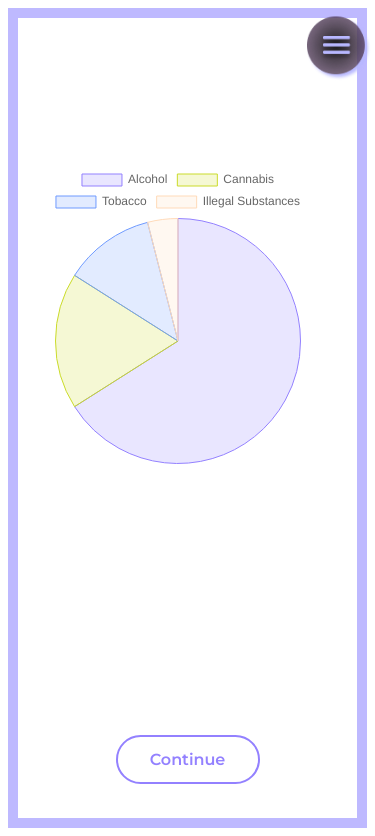
Repository: olivia-sk/MDIA-2109-2106-Big-Project
Page: /statistics3/statistics
The author's editor kept a copy of each file at every save. The page is drawn from the files as they stood at one save, then again after the next save.
The browser window is 375 px wide. The pictures show the whole page.
The project was rebuilt for these pictures with package versions that can differ from the ones it lists, and the page was loaded fresh each time. The framework's server and built-in components were replaced by stand-ins that run in the browser. Also part of the build but not shown: next.config.js, styles/globals.css, components/Button/Button.module.css, components/Button/index.js, components/WaterWave/Wave.module.css, components/WaterWave/index.js.

Above is the page before, as saved 2023-04-15 20:39:01.

### pages/statistics3/statistics.js
import Head from "next/head";
import Image from "next/image";
import styles from "@/styles/Statistics.module.css";
import Pie from "@/components/PieChart";
import Link from "next/link";
import Navigation from "@/components/Menu";
import Button from "@/components/Button";
import WaterWave from "@/components/WaterWave";

export default function Statistics() {
  return (
    <>
      <Head>
        <title>New Habits Web App</title>
        <meta
          name="description"
          content="To identify and help those who suffer from Substance Misuse"
        />
        <meta name="viewport" content="width=device-width, initial-scale=1" />
        <link rel="icon" href="/favicon.ico" />
      </Head>

      <main className={styles.parent}>
          <Navigation />
        <div class={styles.div3}>
          <h1 className={styles.title}>New Habits</h1>
        </div>
        <div className={styles.div1}>
          <Pie className={styles.pie}/>
          <h2>Substance Misuse Statistics</h2>
          <p>
            According to a 2021 survey done by Statistics Canada, 66% of
            households claim to use Alcohol. It is believed 50% of those users
            may develop Substance Misuse Disorder (SUD)
          </p>
        </div>
        <div class={styles.div2}>
          <div className={styles.button}>
            <Link href="/get_started5/get_started" className={styles.link}>
              Continue
            </Link>
          </div>
        </div>
      </main>
    </>
  );
}

### styles/Statistics.module.css

.parent {
  display: grid;
  grid-template-columns: repeat(3, 1fr);
  grid-column-gap: 0px;
  grid-row-gap: 0px;
  height: 100vh;
  border: solid 10px rgb(190, 185, 255);
}

.div3 {
  grid-area:  1 / 2 / 2 / 3;
  height: 5rem;
  width: 18rem;
  padding: 1rem;
}
.title {
  display: flex;
  align-items: center;
  justify-content: center;
  font-family: var(--font-title);
  font-size: var(--title-size);
  /** This is the line that makes the text gradient */
  background-image: var(--radial-text);
  -webkit-background-clip: text;
  background-clip: text;
  color: transparent;
  /**/
  font-weight: 500;
  text-align: center;
}
.div1 {
  grid-area: 2 / 2 / 3 / 3;
  height: fit-content;
  align-content: center;
  border: solid 10px var(--peach);
  border-radius: var(--corner-radius);

}
.pie {
  border: solid 10px rgb(190, 185, 255);
}

.div1 h2 {
  display: flex;
  align-items: center;
  justify-content: center;
  font-family: var(--font-text);
  font-size: var(--subtitle-size);
  /** This is the line that makes the text gradient */
  background-image: var(--radial-text);
  -webkit-background-clip: text;
  background-clip: text;
  color: transparent;
  /**/
  text-align: center;
  font-weight: 400;
  padding: 5%;

}
.div1 p {
  display: flex;
  align-items: center;
  justify-content: center;
  font-family: var(--font-text);
  font-size: 18px;
  background-image: var(--radial-text);
  -webkit-background-clip: text;
  background-clip: text;
  color: transparent;
  text-align: center;
  font-weight: 400;
  padding: 5%;
}


.div2 {
  grid-area: 3 / 1 / 4 / 4;
  display: flex;
  justify-content: center;
}


/*Button*/
.button {
  display: flex;
  color: rgb(147, 129, 255);
  background: transparent;
  border: solid 2px rgb(147, 129, 255);
  width: 140px;
  height: 45px;
  border-radius: 100px;
  justify-content: center;
  align-items: center;
  font-weight: 600;
  font-family: 'Montserrat', sans-serif;
}

.link {
  text-decoration: none;
  color: rgb(147, 129, 255);
  display: flex;
}

.link:hover {
  color: white;

}

.button:hover {
  border: white;
  color: white;
  background-color: rgb(147, 129, 255);
  cursor: pointer;
}

.button:hover .link {
  color: white; /* This line makes the link text turn white when hovering the button */
}


@media only screen and (max-width: 375px) and (max-height: 667px) {
  .div3 {
    grid-area: 1 / 2 / 2 / 3;
    height: 5rem;
    margin: 1rem;
    display: flex; /* Add these two lines to center the title */
    justify-content: center;
    align-items: center;
  }


  .parent {
    display: grid;
    grid-template-columns: repeat(3, 1fr);
    grid-template-rows: auto auto auto;
    grid-column-gap: 0px;
    grid-row-gap: 0px;
    height: 100vh;
    border: solid 10px rgb(190, 185, 255);
  }

  .div1 {
    grid-area: 2 / 1 / 3 / 4;
    height: fit-content;
    width: 80%; /* Adjust this percentage to make the div1 element less wide */
    margin-left: auto;
    margin-right: auto;
    margin-top: -3rem; /* Adjust this value to move the div up or down */
    border: solid 10px var(--peach);
    border-radius: var(--corner-radius);
  }


  .title {
    display: flex;
    align-items: center;
    justify-content: center;
    font-family: var(--font-title);
    font-size: calc(var(--title-size) * 0.8); /* Adjust this value to make the font size smaller */
    /** This is the line that makes the text gradient */
    background-image: var(--radial-text);
    -webkit-background-clip: text;
    background-clip: text;
    color: transparent;
    /**/
    font-weight: 500;
    text-align: center;
    padding: 0.5rem 1rem; /* Adjust this value to reduce the top and bottom padding */
    white-space: nowrap; /* Add this line to prevent line breaks */
    margin-top: -2rem; /* Adjust this value to move the title up or down */
  }


  .div1 h2 {
    font-size: var(--subtitle-size-mobile);
  }

  .div1 p {
    font-size: 14px;
  }

  .div2 {
    grid-area: 3 / 1 / 4 / 4;
    display: flex; /* Add these two lines to center the button */
    justify-content: center;
    align-items: center;
  }

  .button {
    display: flex;
    color: rgb(147, 129, 255);
    background: transparent;
    border: solid 2px rgb(147, 129, 255);
    width: 140px;
    height: 45px;
    border-radius: 100px;
    justify-content: center;
    align-items: center;
    font-weight: 600;
    font-family: 'Montserrat', sans-serif;
    margin-top: -1rem; /* Adjust this value to move the button up or down */
  }

}

### components/PieChart/index.js
import React from 'react';
import { Chart as ChartJS, ArcElement, Tooltip, Legend } from 'chart.js';
import { Pie } from 'react-chartjs-2';
import styles from '@/components/PieChart/PieChart.module.css'

ChartJS.register(ArcElement, Tooltip, Legend);

export const data = {
  labels: ['Alcohol', 'Cannabis', 'Tobacco', 'Illegal Substances'],
  datasets: [
    {
      label: '% of Household Users',
      data: [66, 18, 12, 4,],
      backgroundColor: [
        'rgba(147, 129, 255, 0.2)',
        'rgba(202, 219, 42, 0.2)',
        'rgba(111, 154, 255, 0.2)',
        'rgba(255, 218, 185, 0.2)',
      ],
      borderColor: [
        'rgba(147, 129, 255, 1)',
        'rgba(202, 219, 42, 1)',
        'rgba(111, 154, 255, 1)',
        'rgba(255, 218, 185, 1)',
      ],
      borderWidth: 1,
    },
  ],
};

export default function App() {
  return (
    <div className={styles.pie}>
        <Pie data={data} />
    </div>
  )
}

### components/Menu/index.js
import React, { useRef } from 'react'
import styles from './Menu.module.css'
import Image from 'next/image'
import Link from 'next/link'

export default function Navigation() {
  const hamburgerRef = useRef();
  const navigationRef = useRef();

  const handleClickOutside = (event) => {
    const isClickInside =
      navigationRef.current.contains(event.target) ||
      hamburgerRef.current.contains(event.target);
    if (!isClickInside) {
      navigationRef.current.classList.remove(styles.active);
      hamburgerRef.current.classList.remove(styles.hidden);
    }
  };

  const handleHamburgerClick = () => {
    navigationRef.current.classList.add(styles.active);
    hamburgerRef.current.classList.add(styles.hidden);
  };

  React.useEffect(() => {
    document.addEventListener("click", handleClickOutside);

    return () => {
      document.removeEventListener("click", handleClickOutside);
    };
  }, []);

  return (
    <>
      <div className={styles.navigation} ref={navigationRef}>
        <button
          className={`${styles.hamburger} ${styles.bar}`}
          onClick={handleHamburgerClick}
          ref={hamburgerRef}
        >
          <Image src="/Menu/burger.png" width={65} height={65} alt='burger menu'/>
        </button>
        <nav>
          <h1 className={styles.menutitle}>Menu</h1>
          <ul>
            <li>
              <Link href="/">Home</Link>
            </li>
            <li>
              <Link href="/get_started5/get_started">Quiz</Link>
            </li>
            <li>
              <Link href="/disclaimer11/disclaimer">Disclaimer</Link>
            </li>
            <li>
              <Link href="/resources13/resources">Resources</Link>
            </li>
          </ul>
        </nav>
      </div>
    </>
  );
}

### components/PieChart/PieChart.module.css
.pie {
    width: 300px;
    height: 300px;
}

### components/Menu/Menu.module.css
@import url('https://fonts.googleapis.com/css2?family=Montserrat:wght@400;500;600;700&display=swap');

.navigation {
  position: fixed;
  top: 0;
  right: -500px;
  width: 280px;
  height: 100%;
  background-image: url("/Menu/background.png");
  background-size: cover;
  transition: 0.5s;
  border-radius: 27px 0 0 27px;
  z-index: 3;
}

.menutitle {
  font-family: 'Montserrat', sans-serif;
  font-style: normal;
  font-weight: 400;
  font-size: 24px;
  display: flex;
  align-items: left;
  color: rgba(255, 255, 255, 0.50);
  margin: 1.5rem;
}

.navigation ul li {
  display: flex;
  color: rgba(255, 255, 255, 0.5);
  line-height: 20px;
  text-align: left;
  font-weight: 500;
  list-style-type: none;
  font-size: 14px;
  padding: 20px 30px;
  border-bottom: 0px 64px 64px -32px rgba(41, 15, 0, 100);
  transition: all 0.3s ease;
}

.navigation ul li:hover {
  padding: 16px 20px;
  background-image: url("/Menu/hover.png");
  background-size: cover;
  border-radius: 12px;
  cursor: pointer;
}

.hamburger,
.bar {
  position: fixed;
}

.hamburger {
  display: flex;
  top: 6%;
  left: 80%;
  transform: translateY(-50%);
  border: 0;
  background: 0 0;
  margin-right: 10rem;
  z-index: 3;

}

.hamburger.hidden {
  display: none;
}

.navigation.active {
  right: 0;
  z-index: 3;
}

@media only screen and (max-width: 375px) and (max-height: 667px) {
.hamburger {
  top: 7%;
}

}

Loaded but not shown: pages/_app.js (common file); pages/_document.js (common file)

After the next save:
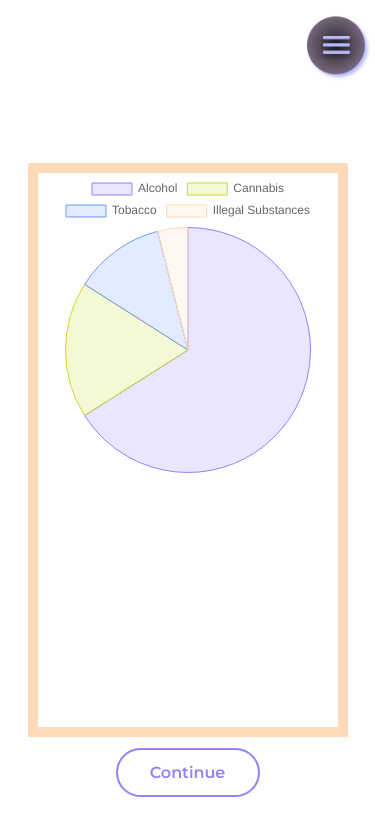
Saved 53 s later.
--- a/styles/Statistics.module.css
+++ b/styles/Statistics.module.css
@@ -5,14 +5,12 @@
   grid-column-gap: 0px;
   grid-row-gap: 0px;
   height: 100vh;
-  border: solid 10px rgb(190, 185, 255);
 }
 
 .div3 {
   grid-area:  1 / 2 / 2 / 3;
   height: 5rem;
-  width: 18rem;
-  padding: 1rem;
+  padding: 10%;
 }
 .title {
   display: flex;
@@ -32,15 +30,8 @@
 .div1 {
   grid-area: 2 / 2 / 3 / 3;
   height: fit-content;
-  align-content: center;
-  border: solid 10px var(--peach);
-  border-radius: var(--corner-radius);
-
+  border: solid 10px rgba(255, 218, 185, 1);
 }
-.pie {
-  border: solid 10px rgb(190, 185, 255);
-}
-
 .div1 h2 {
   display: flex;
   align-items: center;
@@ -72,8 +63,6 @@
   font-weight: 400;
   padding: 5%;
 }
-
-
 .div2 {
   grid-area: 3 / 1 / 4 / 4;
   display: flex;
@@ -117,89 +106,3 @@
 .button:hover .link {
   color: white; /* This line makes the link text turn white when hovering the button */
 }
-
-
-@media only screen and (max-width: 375px) and (max-height: 667px) {
-  .div3 {
-    grid-area: 1 / 2 / 2 / 3;
-    height: 5rem;
-    margin: 1rem;
-    display: flex; /* Add these two lines to center the title */
-    justify-content: center;
-    align-items: center;
-  }
-
-
-  .parent {
-    display: grid;
-    grid-template-columns: repeat(3, 1fr);
-    grid-template-rows: auto auto auto;
-    grid-column-gap: 0px;
-    grid-row-gap: 0px;
-    height: 100vh;
-    border: solid 10px rgb(190, 185, 255);
-  }
-
-  .div1 {
-    grid-area: 2 / 1 / 3 / 4;
-    height: fit-content;
-    width: 80%; /* Adjust this percentage to make the div1 element less wide */
-    margin-left: auto;
-    margin-right: auto;
-    margin-top: -3rem; /* Adjust this value to move the div up or down */
-    border: solid 10px var(--peach);
-    border-radius: var(--corner-radius);
-  }
-
-
-  .title {
-    display: flex;
-    align-items: center;
-    justify-content: center;
-    font-family: var(--font-title);
-    font-size: calc(var(--title-size) * 0.8); /* Adjust this value to make the font size smaller */
-    /** This is the line that makes the text gradient */
-    background-image: var(--radial-text);
-    -webkit-background-clip: text;
-    background-clip: text;
-    color: transparent;
-    /**/
-    font-weight: 500;
-    text-align: center;
-    padding: 0.5rem 1rem; /* Adjust this value to reduce the top and bottom padding */
-    white-space: nowrap; /* Add this line to prevent line breaks */
-    margin-top: -2rem; /* Adjust this value to move the title up or down */
-  }
-
-
-  .div1 h2 {
-    font-size: var(--subtitle-size-mobile);
-  }
-
-  .div1 p {
-    font-size: 14px;
-  }
-
-  .div2 {
-    grid-area: 3 / 1 / 4 / 4;
-    display: flex; /* Add these two lines to center the button */
-    justify-content: center;
-    align-items: center;
-  }
-
-  .button {
-    display: flex;
-    color: rgb(147, 129, 255);
-    background: transparent;
-    border: solid 2px rgb(147, 129, 255);
-    width: 140px;
-    height: 45px;
-    border-radius: 100px;
-    justify-content: center;
-    align-items: center;
-    font-weight: 600;
-    font-family: 'Montserrat', sans-serif;
-    margin-top: -1rem; /* Adjust this value to move the button up or down */
-  }
-
-}
